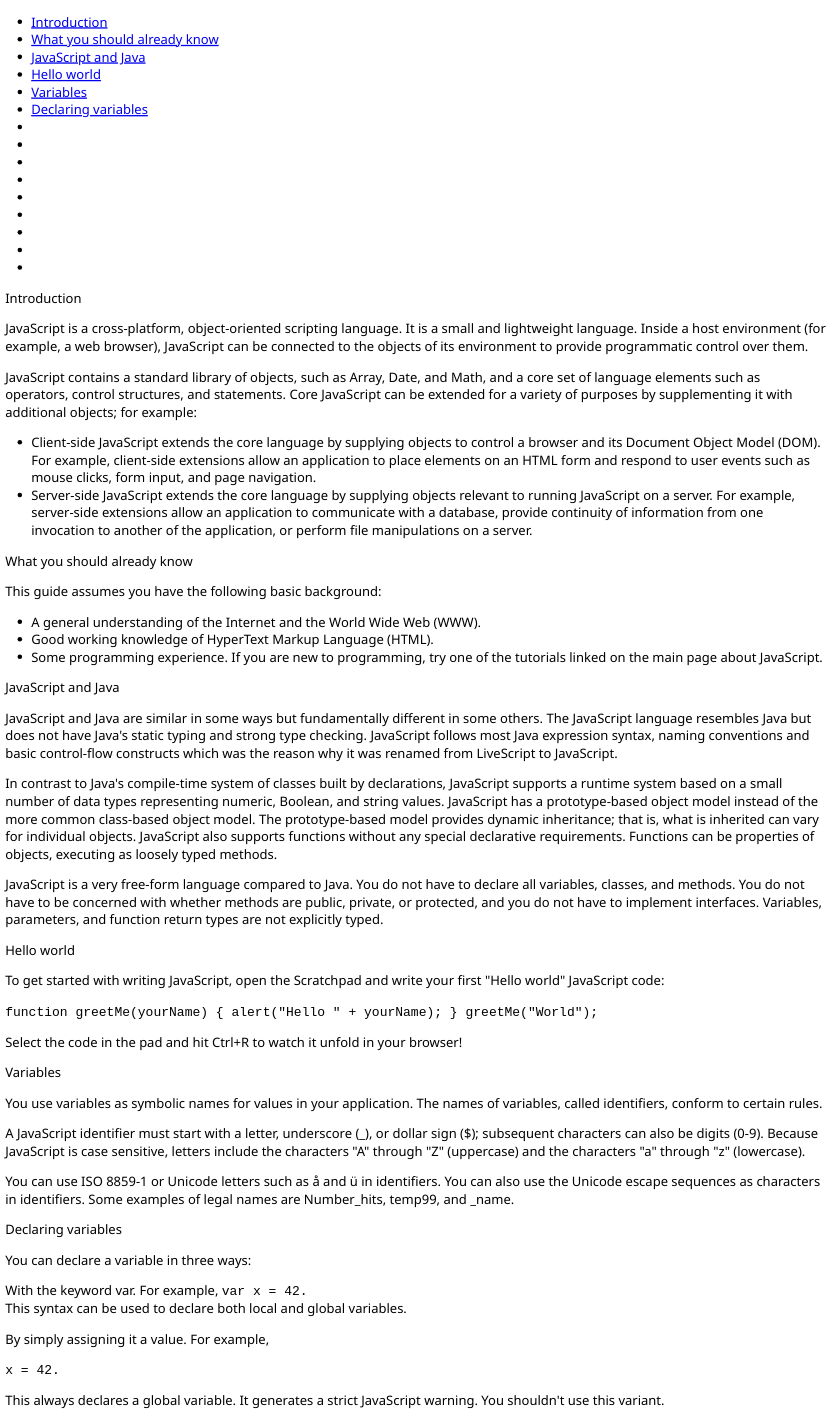
Repository: Lungdjos/technical_document_page_certificate
Page: index.html
The author's editor kept a copy of each file at every save. The page is drawn from the files as they stood at one save, then again after the next save.
The browser window is 1280 px wide. The pictures show the whole page, at 65% of full size.

Above is the page before, as saved 2023-11-20 22:13:31.

### index.html
<!DOCTYPE html>
<html lang="en">

<head>
    <meta charset="UTF-8">
    <meta name="viewport" content="width=device-width, initial-scale=1.0">
    <title>Technical Document</title>
    <link rel="stylesheet" href="./styles.css">
</head>

<body>
    <nav id="nav-bar">
        <header></header>
        <ul>
            <li>
                <a href="#Introduction" class="navlink">Introduction</a>
            </li>
            <li>
                <a href="#What_you_should_already_know" class="navlink">What you should already know</a>
            </li>
            <li>
                <a href="#JavaScript_and_Java" class="navlink">JavaScript and Java</a>
            </li>
            <li>
                <a href="#Hello_world" class="navlink">Hello world</a>
            </li>
            <li>
                <a href="#Variables" class="navlink">Variables</a>
            </li>
            <li>
                <a href="#Declaring_variables" class="navlink">Declaring variables</a>
            </li>
            <li>
                <a href="" class="navlink"></a>
            </li>
            <li>
                <a href="" class="navlink"></a>
            </li>
            <li>
                <a href="" class="navlink"></a>
            </li>
            <li>
                <a href="" class="navlink"></a>
            </li>
            <li>
                <a href="" class="navlink"></a>
            </li>
            <li>
                <a href="" class="navlink"></a>
            </li>
            <li>
                <a href="" class="navlink"></a>
            </li>
            <li>
                <a href="" class="navlink"></a>
            </li>
            <li>
                <a href="" class="navlink"></a>
            </li>
        </ul>
    </nav>
    <main id="main-doc">
        <section class="main-section" id="Introduction">
            <header id="">Introduction</header>
            <p>JavaScript is a cross-platform, object-oriented scripting language. It is a small and lightweight language. Inside a host environment (for example, a web browser), JavaScript can be connected to the objects of its environment to provide programmatic
                control over them.</p>
            <p>JavaScript contains a standard library of objects, such as Array, Date, and Math, and a core set of language elements such as operators, control structures, and statements. Core JavaScript can be extended for a variety of purposes by supplementing
                it with additional objects; for example:
                <ul>
                    <li>Client-side JavaScript extends the core language by supplying objects to control a browser and its Document Object Model (DOM). For example, client-side extensions allow an application to place elements on an HTML form and respond
                        to user events such as mouse clicks, form input, and page navigation.</li>
                    <li>Server-side JavaScript extends the core language by supplying objects relevant to running JavaScript on a server. For example, server-side extensions allow an application to communicate with a database, provide continuity of information
                        from one invocation to another of the application, or perform file manipulations on a server.</li>
                </ul>
            </p>

        </section>
        <section class="main-section" id="What_you_should_already_know">
            <header id="">What you should already know</header>
            <p>This guide assumes you have the following basic background:
                <ul>
                    <li>A general understanding of the Internet and the World Wide Web (WWW).</li>
                    <li>Good working knowledge of HyperText Markup Language (HTML).</li>
                    <li>Some programming experience. If you are new to programming, try one of the tutorials linked on the main page about JavaScript.</li>
                </ul>
            </p>

        </section>
        <section class="main-section" id="JavaScript_and_Java">
            <header id="">JavaScript and Java</header>
            <p>JavaScript and Java are similar in some ways but fundamentally different in some others. The JavaScript language resembles Java but does not have Java's static typing and strong type checking. JavaScript follows most Java expression syntax,
                naming conventions and basic control-flow constructs which was the reason why it was renamed from LiveScript to JavaScript.</p>
            <p>In contrast to Java's compile-time system of classes built by declarations, JavaScript supports a runtime system based on a small number of data types representing numeric, Boolean, and string values. JavaScript has a prototype-based object
                model instead of the more common class-based object model. The prototype-based model provides dynamic inheritance; that is, what is inherited can vary for individual objects. JavaScript also supports functions without any special declarative
                requirements. Functions can be properties of objects, executing as loosely typed methods.</p>
            <p>JavaScript is a very free-form language compared to Java. You do not have to declare all variables, classes, and methods. You do not have to be concerned with whether methods are public, private, or protected, and you do not have to implement
                interfaces. Variables, parameters, and function return types are not explicitly typed.</p>
        </section>
        <section class="main-section" id="Hello_world">
            <header id="">Hello world</header>
            <p>
                To get started with writing JavaScript, open the Scratchpad and write your first "Hello world" JavaScript code:</p>
            <code>function greetMe(yourName) { alert("Hello " + yourName); }
                greetMe("World");</code>
            <p>Select the code in the pad and hit Ctrl+R to watch it unfold in your browser!</p>
        </section>
        <section class="main-section" id="Variables">
            <header id="">Variables</header>
            <p>You use variables as symbolic names for values in your application. The names of variables, called identifiers, conform to certain rules.</p>
            <p>A JavaScript identifier must start with a letter, underscore (_), or dollar sign ($); subsequent characters can also be digits (0-9). Because JavaScript is case sensitive, letters include the characters "A" through "Z" (uppercase) and the
                characters "a" through "z" (lowercase).</p>
            <p>You can use ISO 8859-1 or Unicode letters such as å and ü in identifiers. You can also use the Unicode escape sequences as characters in identifiers. Some examples of legal names are Number_hits, temp99, and _name.</p>
        </section>
        <section class="main-section" id="#Declaring_variables">
            <header id="">Declaring variables</header>
            <p>You can declare a variable in three ways:</p>
            <p>With the keyword var. For example,
                <code>var x = 42.</code> <br> This syntax can be used to declare both local and global variables.</p>
            <p>By simply assigning it a value. For example,</p>
            <code>x = 42.</code><br>
            <p>This always declares a global variable. It generates a strict JavaScript warning. You shouldn't use this variant.</p>
            <p></p>
        </section>
        <section class="main-section" id="">
            <header id=""></header>
            <p></p>
            <p></p>
            <p></p>
        </section>
        <section class="main-section" id="">
            <header id=""></header>
            <p></p>
            <p></p>
            <p></p>
        </section>
        <section class="main-section" id="">
            <header id=""></header>
            <p></p>
            <p></p>
            <p></p>
        </section>
        <section class="main-section" id="">
            <header id=""></header>
            <p></p>
            <p></p>
            <p></p>
        </section>
        <section class="main-section" id="">
            <header id=""></header>
            <p></p>
            <p></p>
            <p></p>
        </section>
        <section class="main-section" id="">
            <header id=""></header>
            <p></p>
            <p></p>
            <p></p>
        </section>
        <section class="main-section" id="">
            <header id=""></header>
            <p></p>
            <p></p>
            <p></p>
        </section>
        <section class="main-section" id="">
            <header id=""></header>
            <p></p>
            <p></p>
            <p></p>
        </section>
    </main>
</body>

</html>

### styles.css
/* A technical document page stylings */

html {
    box-sizing: border-box;
}

body {
    font-family: 'Segoe UI', Tahoma, Geneva, Verdana, sans-serif;
    font-size: 20px;
}

After the next save:
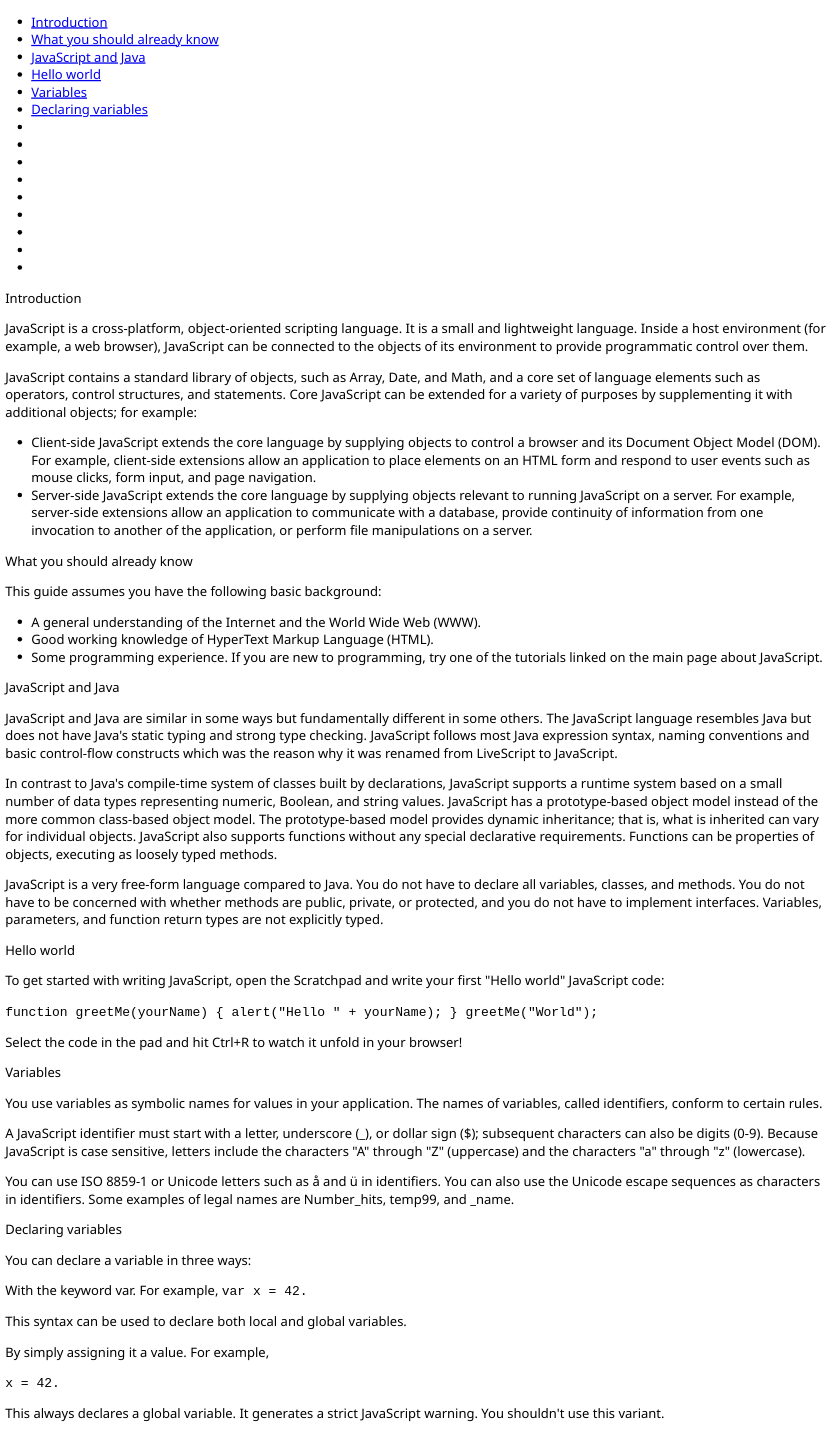
Saved 12 min 33 s later.
--- a/index.html
+++ b/index.html
@@ -115,7 +115,8 @@
             <header id="">Declaring variables</header>
             <p>You can declare a variable in three ways:</p>
             <p>With the keyword var. For example,
-                <code>var x = 42.</code> <br> This syntax can be used to declare both local and global variables.</p>
+                <code>var x = 42.</code>
+                <p></p> This syntax can be used to declare both local and global variables.</p>
             <p>By simply assigning it a value. For example,</p>
             <code>x = 42.</code><br>
             <p>This always declares a global variable. It generates a strict JavaScript warning. You shouldn't use this variant.</p>
